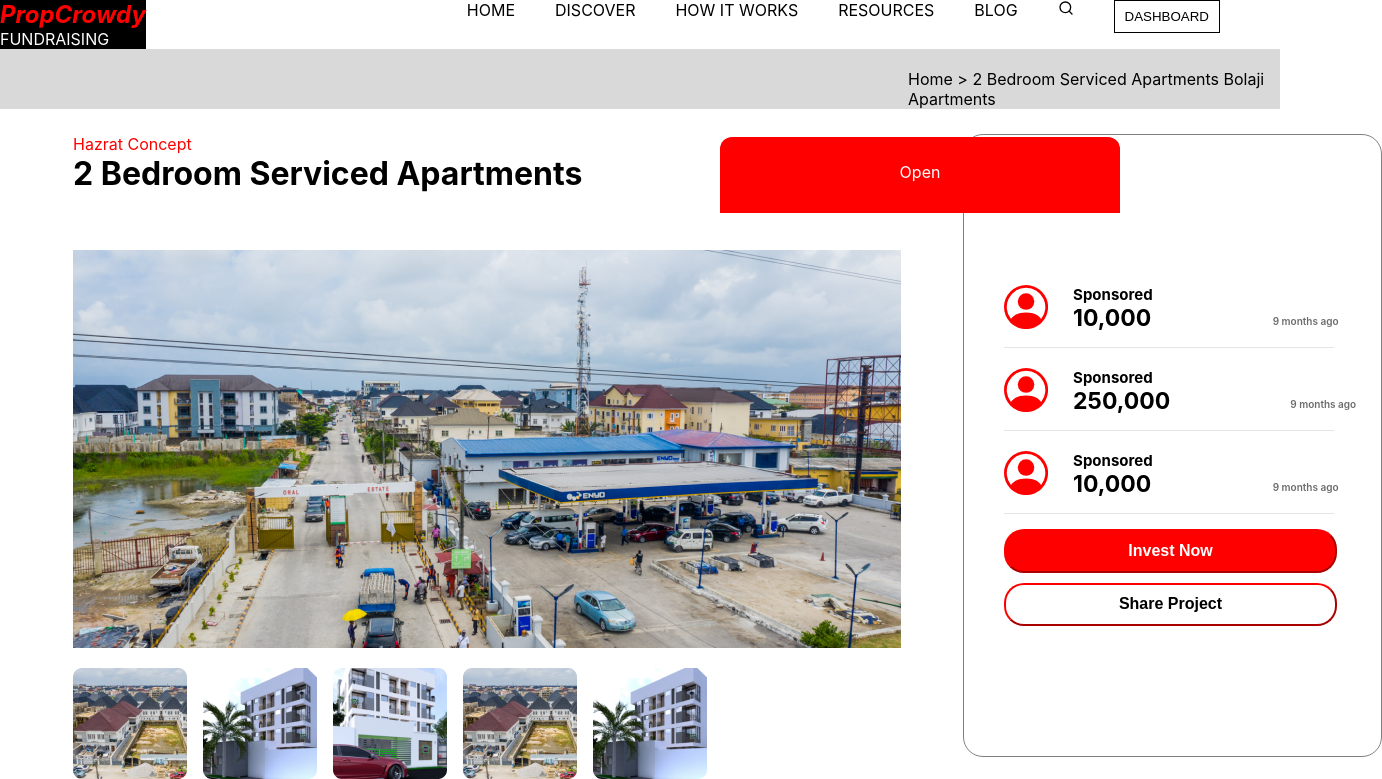
Repository: uh-sman/Popcrowdy
Page: /
The author's editor kept a copy of each file at every save. The page is drawn from the files as they stood at one save, then again after a run of saves.
The browser window is 1280 px wide. The page is 1382 px wide, so the pictures cover 1382 px, including what lies to the right of the window. The pictures show the whole page.
The project was rebuilt for these pictures with package versions that can differ from the ones it lists, and the page was loaded fresh each time.

Above is the page before, as saved 2022-11-13 18:22:37.

After the next 2 saves:
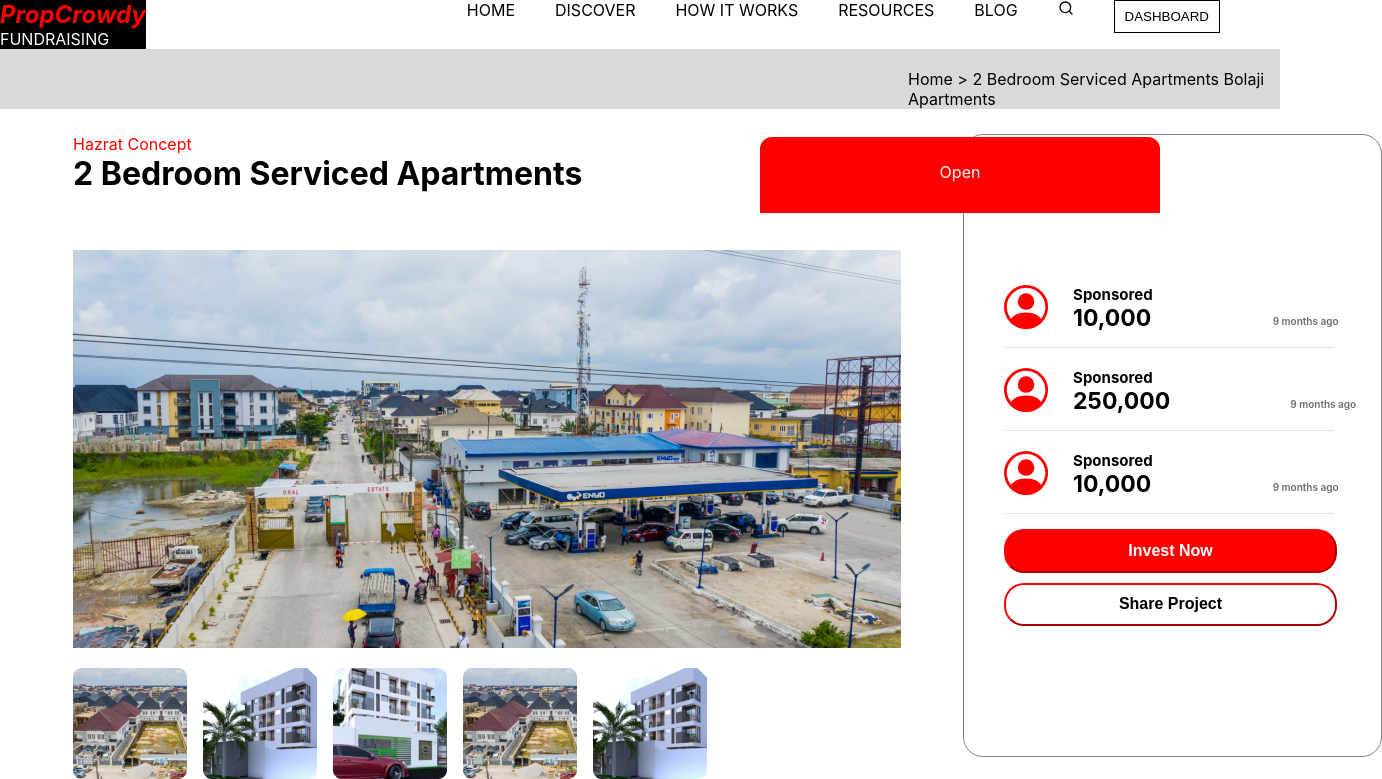
The 2 saves are shown as one change because they came seconds apart.
The last was saved 10 s later.
--- a/src/components/Section/card.css
+++ b/src/components/Section/card.css
@@ -19,7 +19,7 @@
 .header {
   position: absolute;
   top: 137px;
-  right: 160px;
+  right: 120px;
   width: 400px;
 }
 .icon {
